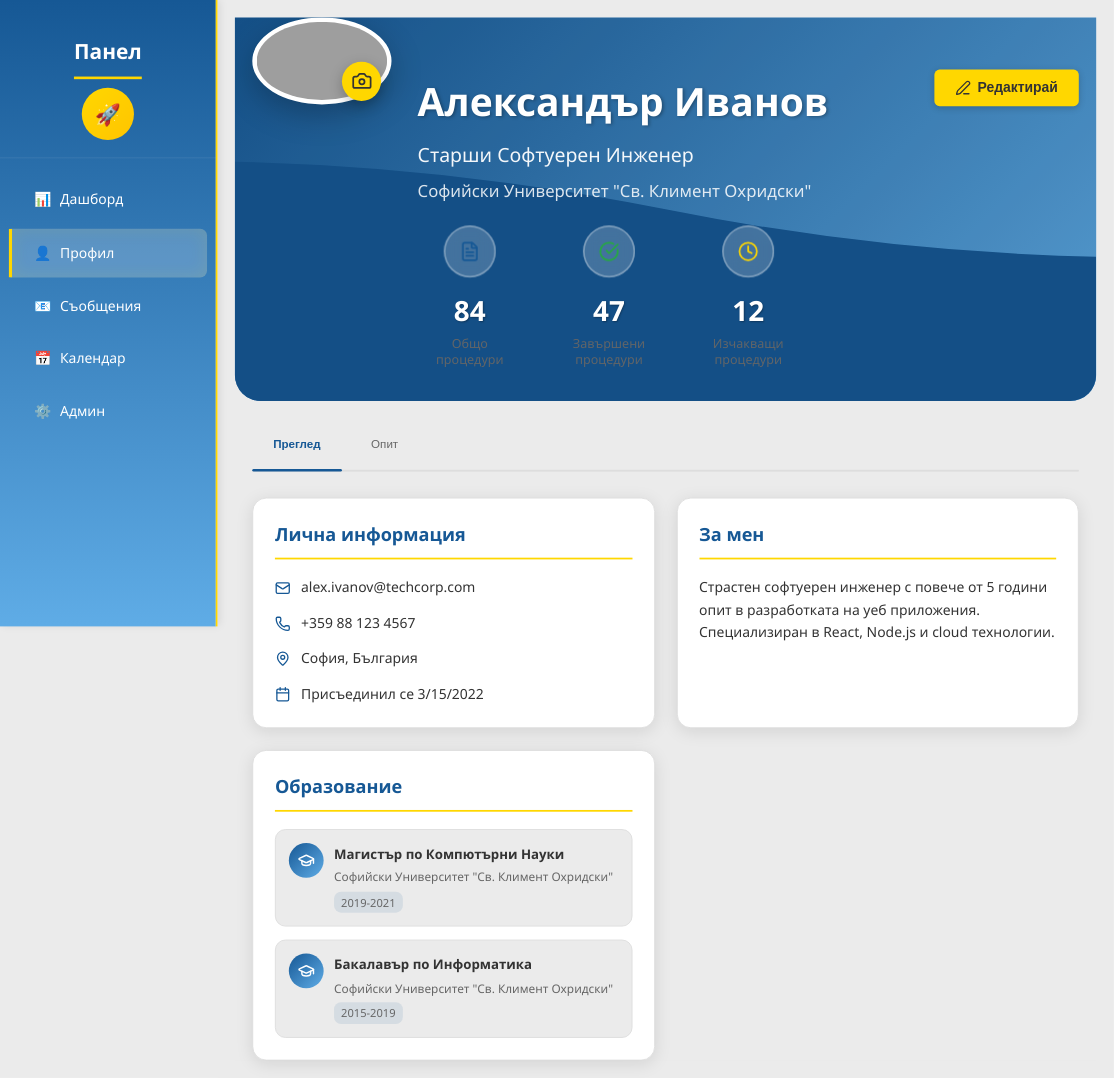
Repository: BorisSavianov/doxa-frontend
Page: /profile
An editor plug-in stored every save of this project. The page is shown before and after the next save, followed by the edit.
The browser window is 1280 px wide. The pictures show the whole page, at 87% of full size.
Pictures or frames that could not be fetched are drawn as grey boxes. The project was rebuilt for these pictures with package versions that can differ from the ones it lists, and the page was loaded fresh each time. Also part of the build but not shown: vite.config.js, src/components/Layout/Header.jsx, src/components/Charts/SimpleChart.jsx, src/pages/Dashboard.jsx, src/pages/Inbox.css, src/pages/Inbox.jsx, src/pages/Calendar.css, src/pages/Calendar.jsx and 1 more.

Above is the page before, as saved 2025-10-24 14:04:55.

### index.html
<!doctype html>
<html lang="en">
  <head>
    <meta charset="UTF-8" />
    <link rel="icon" type="image/svg+xml" href="/vite.svg" />
    <meta name="viewport" content="width=device-width, initial-scale=1.0" />
    <title>vtu</title>
  </head>
  <body>
    <div id="root"></div>
    <script type="module" src="/src/main.jsx"></script>
  </body>
</html>

### src/main.jsx
import React from 'react'
import ReactDOM from 'react-dom/client'
import { createBrowserRouter, RouterProvider } from 'react-router-dom'
import { ThemeProvider } from './contexts/ThemeContext'
import { LanguageProvider } from './contexts/LanguageContext'
import Layout from './components/Layout/Layout'
import Dashboard from './pages/Dashboard'
import Profile from './pages/Profile'
import Inbox from './pages/Inbox'
import Calendar from './pages/Calendar'
import Admin from './pages/Admin'
import './index.css'

const router = createBrowserRouter([
  {
    path: "/",
    element: <Layout />,
    children: [
      {
        index: true,
        element: <Dashboard />,
      },
      {
        path: "dashboard",
        element: <Dashboard />,
      },
      {
        path: "profile",
        element: <Profile />,
      },
      {
        path: "inbox",
        element: <Inbox />,
      },
      {
        path: "calendar",
        element: <Calendar />,
      },
      {
        path: "admin",
        element: <Admin />,
      },
    ],
  },
], {
  future: {
    v7_startTransition: true,
    v7_relativeSplatPath: true,
  },
});

function App() {
  return (
    <ThemeProvider>
      <LanguageProvider>
        <RouterProvider router={router} />
      </LanguageProvider>
    </ThemeProvider>
  )
}

ReactDOM.createRoot(document.getElementById('root')).render(
  <React.StrictMode>
    <App />
  </React.StrictMode>,
)

### src/contexts/LanguageContext.jsx
import React, { createContext, useContext, useState } from 'react'
import { useLocalStorage } from '../hooks/useLocalStorage'

const LanguageContext = createContext()

export const useLanguage = () => {
  const context = useContext(LanguageContext)
  if (!context) {
    throw new Error('useLanguage must be used within a LanguageProvider')
  }
  return context
}

export const LanguageProvider = ({ children }) => {
  const [isEnglish, setIsEnglish] = useLocalStorage('language', false)

  const toggleLanguage = () => {
    setIsEnglish(prev => !prev)
  }

  const t = (bg, en) => {
    return isEnglish ? en : bg
  }

  const value = {
    isEnglish,
    toggleLanguage,
    t
  }

  return (
    <LanguageContext.Provider value={value}>
      {children}
    </LanguageContext.Provider>
  )
}

// В LanguageContext.jsx, добави следния код в t функцията или създай нова:
const calendarLocales = {
  bg: {
    buttonText: {
      today: 'Днес',
      month: 'Месец',
      week: 'Седмица',
      day: 'Ден',
      list: 'Списък'
    },
    allDayText: 'Цял ден',
    noEventsText: 'Няма събития'
  },
  en: {
    buttonText: {
      today: 'Today',
      month: 'Month',
      week: 'Week',
      day: 'Day',
      list: 'List'
    },
    allDayText: 'All day',
    noEventsText: 'No events'
  }
}

// Актуализирай t функцията или добави нова:
const getCalendarLocale = () => {
  return isEnglish ? calendarLocales.en : calendarLocales.bg
}

### src/components/Layout/Layout.jsx
import React from 'react'
import { Outlet } from 'react-router-dom'
import { useTheme } from '../../contexts/ThemeContext'
import Header from './Header'
import Sidebar from './Sidebar'
import '../../styles/globals.css'

const Layout = () => {
  const { isDark } = useTheme()

  return (
    <div className={`app ${isDark ? 'dark' : 'light'}`}>
      <Sidebar />
      <div className="main-content">

        <Outlet />
      </div>
    </div>
  )
}

export default Layout

### src/index.css
:root {
  font-family: Inter, system-ui, Avenir, Helvetica, Arial, sans-serif;
  line-height: 1.5;
  font-weight: 400;
}

body {
  margin: 0;
  display: flex;
  place-items: center;
  min-width: 320px;
  min-height: 100vh;
}

#root {
  width: 100%;
  margin: 0 auto;
}

### src/components/Layout/Sidebar.jsx
import React from 'react'
import { NavLink } from 'react-router-dom'
import { useLanguage } from '../../contexts/LanguageContext'

const Sidebar = () => {
  const { t } = useLanguage()

  const menuItems = [
    { path: '/dashboard', label: t('Дашборд', 'Dashboard'), icon: '📊' },
    { path: '/profile', label: t('Профил', 'Profile'), icon: '👤' },
    { path: '/inbox', label: t('Съобщения', 'Inbox'), icon: '📧' },
    { path: '/calendar', label: t('Календар', 'Calendar'), icon: '📅' },
    { path: '/admin', label: t('Админ', 'Admin'), icon: '⚙️' }
  ]

  return (
    <aside className="sidebar">
      <div style={{ padding: '20px', textAlign: 'center', borderBottom: '1px solid rgba(255,255,255,0.1)' }}>
        <h2 style={{ color: 'white', fontSize: '1.5rem', marginBottom: '10px' }}>
          {t('Панел', 'Panel')}
        </h2>
        <div style={{
          width: '60px',
          height: '60px',
          background: 'linear-gradient(135deg, var(--accent), #FFC400)',
          borderRadius: '50%',
          margin: '0 auto',
          display: 'flex',
          alignItems: 'center',
          justifyContent: 'center',
          fontSize: '1.5rem'
        }}>
          🚀
        </div>
      </div>

      <nav style={{ marginTop: '20px' }}>
        <ul>
          {menuItems.map((item) => (
            <li key={item.path}>
              <NavLink
                to={item.path}
                className={({ isActive }) => isActive ? 'active' : ''}
              >
                <span style={{ marginRight: '10px' }}>{item.icon}</span>
                {item.label}
              </NavLink>
            </li>
          ))}
        </ul>
      </nav>
    </aside>
  )
}

export default Sidebar

### src/pages/Profile.css
.profile-page {
  min-height: calc(100vh - 100px);
  background: var(--background);
}

/* Profile Header */
.profile-header {
  position: relative;
  background: linear-gradient(135deg, var(--primary), var(--secondary));
  border-radius: 0 0 30px 30px;
  padding: 40px 20px 40px;
  margin-bottom: 30px;
  overflow: hidden;
}

.profile-background {
  position: absolute;
  top: 0;
  left: 0;
  right: 0;
  bottom: 0;
  background: url('data:[embedded picture, 159 characters]') bottom center no-repeat;
  background-size: cover;
}

.background-overlay {
  position: absolute;
  top: 0;
  left: 0;
  right: 0;
  bottom: 0;
  background: rgba(0, 0, 0, 0.1);
}

.profile-info {
  position: relative;
  z-index: 2;
  display: flex;
  justify-content: space-between;
  align-items: flex-start;
  max-width: 1200px;
  margin: 0 auto;
  gap: 30px;
}

.main-profile-section {
  display: flex;
  align-items: flex-start;
  gap: 30px;
  flex: 1;
}

.large-avatar-container {
  position: relative;
  margin-top: -40px; /* Променено от -60px на -40px */
}

.large-profile-avatar {
  width: 160px; /* Променено от 180px на 160px */
  height: 100px; /* Променено от 180px на 160px */
  border-radius: 50%;
  border: 5px solid white; /* Променено от 6px на 5px */
  background: var(--surface);
  box-shadow: 0 12px 35px rgba(0, 0, 0, 0.25); /* Леко намалена сянка */
  object-fit: cover;
}

.avatar-edit-btn.large {
  position: absolute;
  bottom: 12px; /* Променено от 15px на 12px */
  right: 12px; /* Променено от 15px на 12px */
  width: 45px; /* Променено от 50px на 45px */
  height: 45px; /* Променено от 50px на 45px */
  border-radius: 50%;
  background: var(--accent);
  border: none;
  color: #333333;
  cursor: pointer;
  display: flex;
  align-items: center;
  justify-content: center;
  box-shadow: 0 5px 15px rgba(0, 0, 0, 0.25); /* Леко намалена сянка */
  transition: var(--transition);
  font-weight: bold;
}

.avatar-edit-btn.large:hover {
  background: #FFC400;
  transform: scale(1.1);
}

.profile-main-info {
  flex: 1;
  padding-top: 20px;
}

.name-title-section h1 {
  color: white;
  font-size: 2.8rem;
  margin-bottom: 8px;
  text-shadow: 2px 2px 4px rgba(0, 0, 0, 0.3);
  font-weight: 700;
}

.position {
  color: rgba(255, 255, 255, 0.95);
  font-size: 1.4rem;
  margin-bottom: 8px;
  font-weight: 500;
}

.university {
  color: rgba(255, 255, 255, 0.85);
  font-size: 1.2rem;
  margin-bottom: 25px;
  font-weight: 400;
}

/* Profile Stats */
.profile-stats {
  display: flex;
  gap: 40px;
  margin-top: 20px;
}

.stat-item {
  text-align: center;
  color: white;
  min-width: 100px;
}

.stat-icon-wrapper {
  width: 60px;
  height: 60px;
  border-radius: 50%;
  background: rgba(255, 255, 255, 0.2);
  display: flex;
  align-items: center;
  justify-content: center;
  margin: 0 auto 12px;
  backdrop-filter: blur(10px);
  border: 2px solid rgba(255, 255, 255, 0.3);
}

.stat-value {
  font-size: 2rem;
  font-weight: bold;
  margin: 8px 0 4px;
  text-shadow: 1px 1px 2px rgba(0, 0, 0, 0.3);
}

.stat-label {
  font-size: 0.9rem;
  opacity: 0.95;
  font-weight: 500;
  max-width: 120px;
  line-height: 1.2;
}

.profile-actions {
  padding-top: 20px;
}

.edit-btn {
  background: var(--accent);
  color: #333333;
  font-weight: bold;
  padding: 12px 24px;
  font-size: 1rem;
}

/* Profile Content */
.profile-content {
  max-width: 1200px;
  margin: 0 auto;
  padding: 0 20px;
}

.profile-tabs {
  display: flex;
  gap: 10px;
  margin-bottom: 30px;
  border-bottom: 2px solid var(--border);
  padding-bottom: 10px;
}

.tab-btn {
  padding: 12px 24px;
  border: none;
  background: transparent;
  color: var(--textSecondary);
  font-weight: 500;
  border-radius: 8px 8px 0 0;
  cursor: pointer;
  transition: var(--transition);
  position: relative;
}

.tab-btn:hover {
  color: var(--primary);
  background: rgba(22, 88, 149, 0.1);
}

.tab-btn.active {
  color: var(--primary);
  font-weight: 600;
}

.tab-btn.active::after {
  content: '';
  position: absolute;
  bottom: -12px;
  left: 0;
  right: 0;
  height: 3px;
  background: var(--primary);
  border-radius: 2px;
}

/* Overview Content */
.grid-layout {
  display: grid;
  grid-template-columns: repeat(auto-fit, minmax(350px, 1fr));
  gap: 25px;
}

.info-card {
  background: var(--surface);
  padding: 25px;
  border-radius: 16px;
  box-shadow: 0 4px 20px rgba(0, 0, 0, 0.1);
  border: 1px solid var(--border);
  transition: var(--transition);
}

.info-card:hover {
  transform: translateY(-5px);
  box-shadow: 0 8px 30px rgba(0, 0, 0, 0.15);
}

.info-card h3 {
  color: var(--primary);
  margin-bottom: 20px;
  font-size: 1.3rem;
  border-bottom: 2px solid var(--accent);
  padding-bottom: 10px;
}

.info-list {
  display: flex;
  flex-direction: column;
  gap: 15px;
}

.info-item {
  display: flex;
  align-items: center;
  gap: 12px;
  color: var(--text);
}

.info-item svg {
  color: var(--primary);
  flex-shrink: 0;
}

.bio-text {
  line-height: 1.6;
  color: var(--text);
  font-size: 1rem;
}

/* Education Preview */
.education-preview {
  display: flex;
  flex-direction: column;
  gap: 15px;
}

.edu-preview-item {
  display: flex;
  align-items: flex-start;
  gap: 12px;
  padding: 15px;
  background: var(--background);
  border-radius: 12px;
  border: 1px solid var(--border);
  transition: var(--transition);
}

.edu-preview-item:hover {
  transform: translateX(5px);
  border-color: var(--primary);
}

.edu-preview-icon {
  width: 40px;
  height: 40px;
  border-radius: 50%;
  background: linear-gradient(135deg, var(--primary), var(--secondary));
  display: flex;
  align-items: center;
  justify-content: center;
  color: white;
  flex-shrink: 0;
}

.edu-preview-details {
  flex: 1;
}

.edu-preview-degree {
  font-weight: 600;
  color: var(--text);
  margin-bottom: 4px;
  font-size: 0.95rem;
}

.edu-preview-university {
  color: var(--textSecondary);
  font-size: 0.85rem;
  margin-bottom: 6px;
}

.edu-preview-meta {
  display: flex;
  justify-content: space-between;
  align-items: center;
  flex-wrap: wrap;
  gap: 8px;
}

.edu-period {
  font-size: 0.8rem;
  color: var(--textSecondary);
  background: rgba(22, 88, 149, 0.1);
  padding: 2px 8px;
  border-radius: 8px;
}

.edu-grade {
  font-size: 0.8rem;
  font-weight: 600;
  color: var(--accent);
  background: rgba(255, 215, 0, 0.1);
  padding: 2px 8px;
  border-radius: 8px;
}

/* Experience Timeline */
.timeline {
  position: relative;
  max-width: 800px;
}

.timeline::before {
  content: '';
  position: absolute;
  left: 30px;
  top: 0;
  bottom: 0;
  width: 2px;
  background: var(--primary);
}

.timeline-item {
  display: flex;
  gap: 20px;
  margin-bottom: 30px;
  position: relative;
}

.timeline-marker {
  width: 60px;
  height: 60px;
  border-radius: 50%;
  background: linear-gradient(135deg, var(--primary), var(--secondary));
  display: flex;
  align-items: center;
  justify-content: center;
  color: white;
  flex-shrink: 0;
  box-shadow: 0 4px 12px rgba(0, 0, 0, 0.2);
  z-index: 2;
}

.timeline-content {
  flex: 1;
  background: var(--surface);
  padding: 25px;
  border-radius: 16px;
  box-shadow: 0 4px 20px rgba(0, 0, 0, 0.1);
  border: 1px solid var(--border);
}

.timeline-content h4 {
  color: var(--primary);
  margin-bottom: 8px;
  font-size: 1.2rem;
}

.company-period {
  display: flex;
  justify-content: space-between;
  align-items: center;
  margin-bottom: 12px;
  flex-wrap: wrap;
  gap: 10px;
}

.period {
  background: var(--accent);
  color: #333333;
  padding: 4px 12px;
  border-radius: 12px;
  font-size: 0.8rem;
  font-weight: bold;
}

.description {
  color: var(--textSecondary);
  line-height: 1.6;
}

/* Edit Modal */
.edit-modal-overlay {
  position: fixed;
  top: 0;
  left: 0;
  right: 0;
  bottom: 0;
  background: rgba(0, 0, 0, 0.7);
  display: flex;
  justify-content: center;
  align-items: center;
  z-index: 1000;
  backdrop-filter: blur(5px);
}

.edit-modal {
  background: var(--surface);
  border-radius: 20px;
  width: 90%;
  max-width: 600px;
  max-height: 80vh;
  overflow-y: auto;
  box-shadow: 0 25px 50px rgba(0, 0, 0, 0.3);
  border: 2px solid var(--accent);
}

.modal-header {
  display: flex;
  justify-content: space-between;
  align-items: center;
  padding: 25px 30px;
  border-bottom: 1px solid var(--border);
}

.modal-header h3 {
  color: var(--primary);
  margin: 0;
}

.close-btn {
  background: none;
  border: none;
  font-size: 2rem;
  color: var(--textSecondary);
  cursor: pointer;
  width: 40px;
  height: 40px;
  display: flex;
  align-items: center;
  justify-content: center;
  border-radius: 50%;
  transition: var(--transition);
}

.close-btn:hover {
  background: var(--background);
  color: var(--error);
}

.modal-body {
  padding: 25px 30px;
}

.form-grid {
  display: grid;
  grid-template-columns: 1fr 1fr;
  gap: 20px;
}

.form-group {
  display: flex;
  flex-direction: column;
}

.form-group.full-width {
  grid-column: 1 / -1;
}

.form-group label {
  margin-bottom: 8px;
  font-weight: 600;
  color: var(--text);
}

.form-input,
.form-textarea {
  padding: 12px 15px;
  border: 2px solid var(--border);
  border-radius: 8px;
  background: var(--background);
  color: var(--text);
  font-size: 1rem;
  transition: var(--transition);
  font-family: inherit;
}

.form-input:focus,
.form-textarea:focus {
  outline: none;
  border-color: var(--primary);
  box-shadow: 0 0 0 3px rgba(22, 88, 149, 0.1);
}

.form-textarea {
  resize: vertical;
  min-height: 100px;
}

.modal-footer {
  display: flex;
  justify-content: flex-end;
  gap: 15px;
  padding: 20px 30px;
  border-top: 1px solid var(--border);
  background: var(--background);
}

/* Responsive Design */
@media (max-width: 1024px) {
  .profile-info {
    flex-direction: column;
    align-items: center;
    text-align: center;
    gap: 20px;
  }

  .main-profile-section {
    flex-direction: column;
    align-items: center;
    gap: 20px;
  }

  .large-avatar-container {
    margin-top: -80px;
  }

  .profile-stats {
    justify-content: center;
  }

  .grid-layout {
    grid-template-columns: 1fr;
  }
}

@media (max-width: 768px) {
  .profile-header {
    padding: 30px 15px 40px;
  }

  .large-profile-avatar {
    width: 150px;
    height: 150px;
  }

  .name-title-section h1 {
    font-size: 2.2rem;
  }

  .profile-stats {
    flex-wrap: wrap;
    gap: 20px;
  }

  .stat-item {
    min-width: 80px;
  }

  .profile-tabs {
    overflow-x: auto;
    padding-bottom: 5px;
  }

  .tab-btn {
    white-space: nowrap;
  }

  .form-grid {
    grid-template-columns: 1fr;
  }
}

/* Animation enhancements */
@keyframes fadeInUp {
  from {
    opacity: 0;
    transform: translateY(30px);
  }
  to {
    opacity: 1;
    transform: translateY(0);
  }
}

Loaded but not shown: src/contexts/ThemeContext.js (31 lines, source omitted); src/hooks/useLocalStorage.js (24 lines, source omitted); src/pages/Profile.jsx (417 lines, source omitted); src/styles/globals.css (337 lines, source omitted)

After the next save:
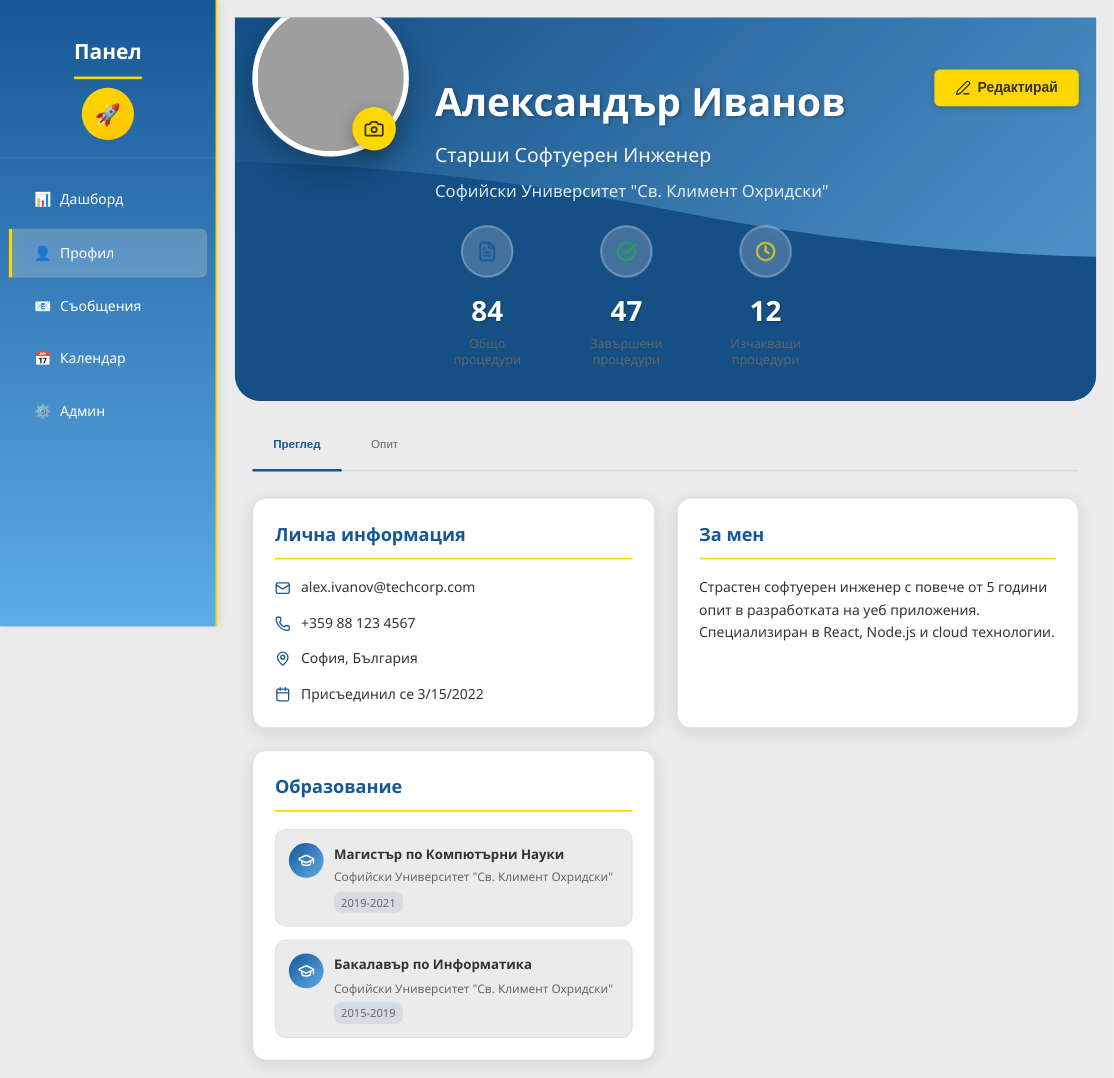
Saved 8 s later.
--- a/src/pages/Profile.css
+++ b/src/pages/Profile.css
@@ -50,27 +50,28 @@
   flex: 1;
 }
 
+/* Large Avatar */
 .large-avatar-container {
   position: relative;
-  margin-top: -40px; /* Променено от -60px на -40px */
+  margin-top: -60px;
 }
 
 .large-profile-avatar {
-  width: 160px; /* Променено от 180px на 160px */
-  height: 100px; /* Променено от 180px на 160px */
+  width: 180px;
+  height: 180px;
   border-radius: 50%;
-  border: 5px solid white; /* Променено от 6px на 5px */
+  border: 6px solid white;
   background: var(--surface);
-  box-shadow: 0 12px 35px rgba(0, 0, 0, 0.25); /* Леко намалена сянка */
+  box-shadow: 0 15px 40px rgba(0, 0, 0, 0.3);
   object-fit: cover;
 }
 
 .avatar-edit-btn.large {
   position: absolute;
-  bottom: 12px; /* Променено от 15px на 12px */
-  right: 12px; /* Променено от 15px на 12px */
-  width: 45px; /* Променено от 50px на 45px */
-  height: 45px; /* Променено от 50px на 45px */
+  bottom: 15px;
+  right: 15px;
+  width: 50px;
+  height: 50px;
   border-radius: 50%;
   background: var(--accent);
   border: none;
@@ -79,7 +80,7 @@
   display: flex;
   align-items: center;
   justify-content: center;
-  box-shadow: 0 5px 15px rgba(0, 0, 0, 0.25); /* Леко намалена сянка */
+  box-shadow: 0 6px 20px rgba(0, 0, 0, 0.3);
   transition: var(--transition);
   font-weight: bold;
 }
